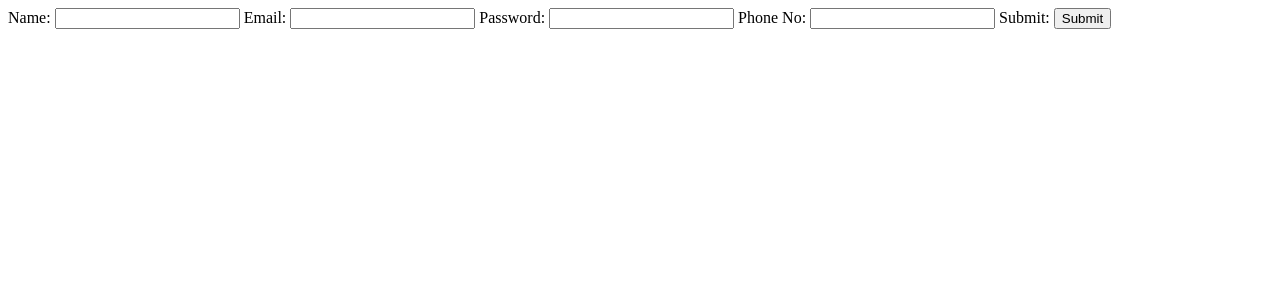
Repository: ghanshyam-jaiswal/Java-Notes
Page: JEE/Servlet_AdvanceJava/formExample/src/main/webapp/WEB-INF/form.html
An editor plug-in stored every save of this project. The page is shown before and after the next save, followed by the edit.
The browser window is 1280 px wide. The pictures show the whole page.

Above is the page before, as saved 2024-02-26 04:04:37.

After the next save:
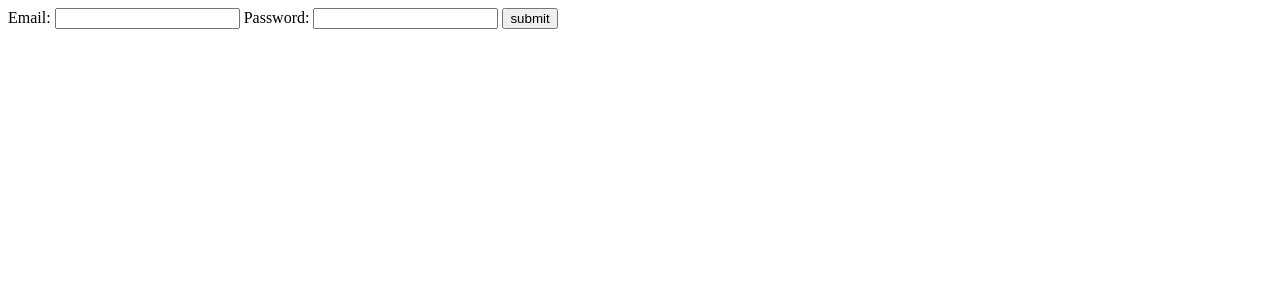
Saved 15 min 41 s later.
--- a/JEE/Servlet_AdvanceJava/formExample/src/main/webapp/WEB-INF/form.html
+++ b/JEE/Servlet_AdvanceJava/formExample/src/main/webapp/WEB-INF/form.html
@@ -7,16 +7,12 @@
 <body>
 
 	<form>
-		<label for="name">Name:</label>
-		<input type="text" id="name">
+
 		<label for="name">Email:</label>
 		<input type="email" id="name">
 		<label for="name">Password:</label>
 		<input type="password" id="name">
-		<label for="name">Phone No:</label>
-		<input type="tel" id="name">
-		<label for="name">Submit:</label>
-		<input type="submit" id="name">
+		<button type="submit">submit</button>
 	</form>
 
 </body>
